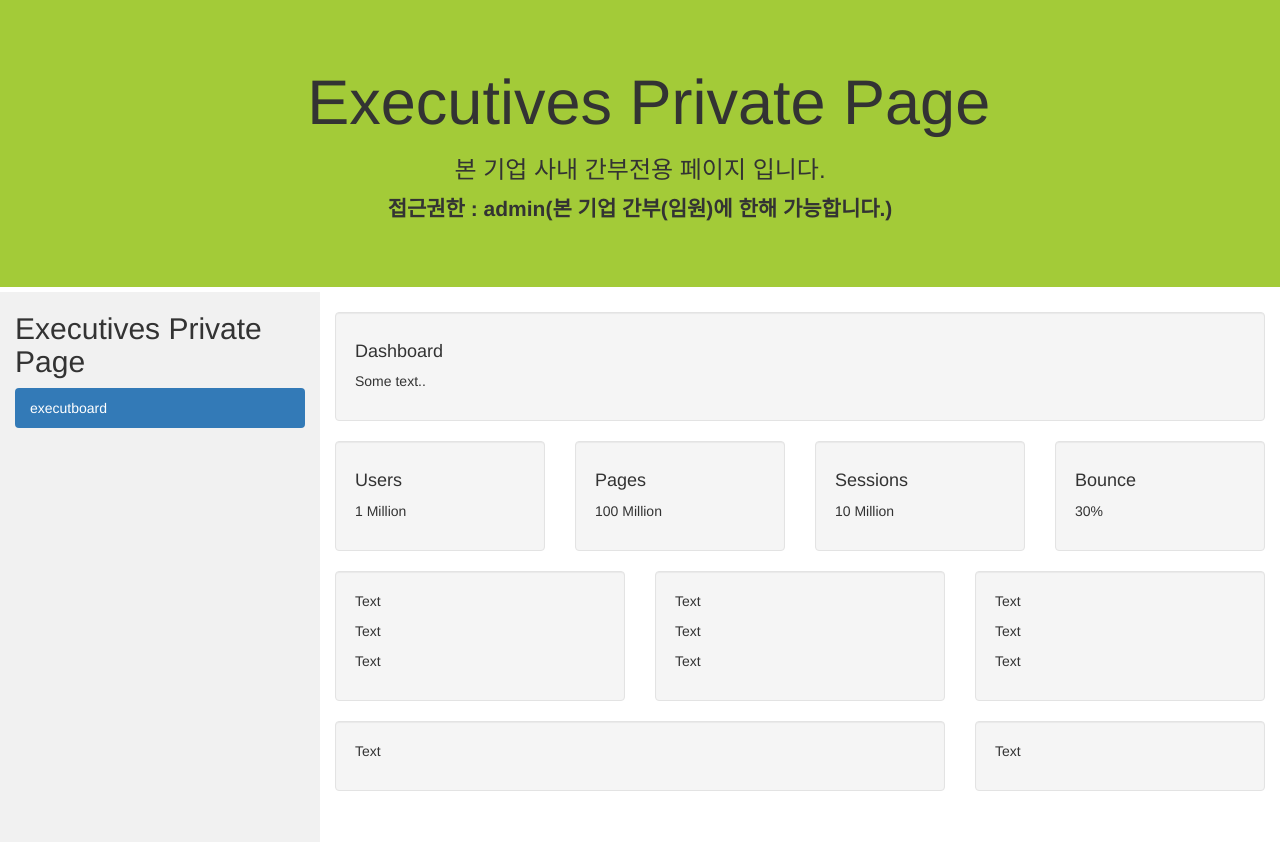
Repository: as2019a/spring
Page: http://localhost/ch19_project_mavenwebsite/WEB-INF/views/executives/maps.jsp
The author's editor kept a copy of each file at every save. The page is drawn from the files as they stood at one save, then again after the next save.
The browser window is 1280 px wide. The pictures show the whole page.
Some icons come from a web library that is not loaded, so they are not drawn. Some web libraries are served in a nearby version. The page is served by Tomcat 9. Nobody is signed in. The template is opened directly, without the code that normally fills it, so the values that code supplies are empty.

Above is the page before, as saved 2019-01-29 08:54:39.

After the next save:
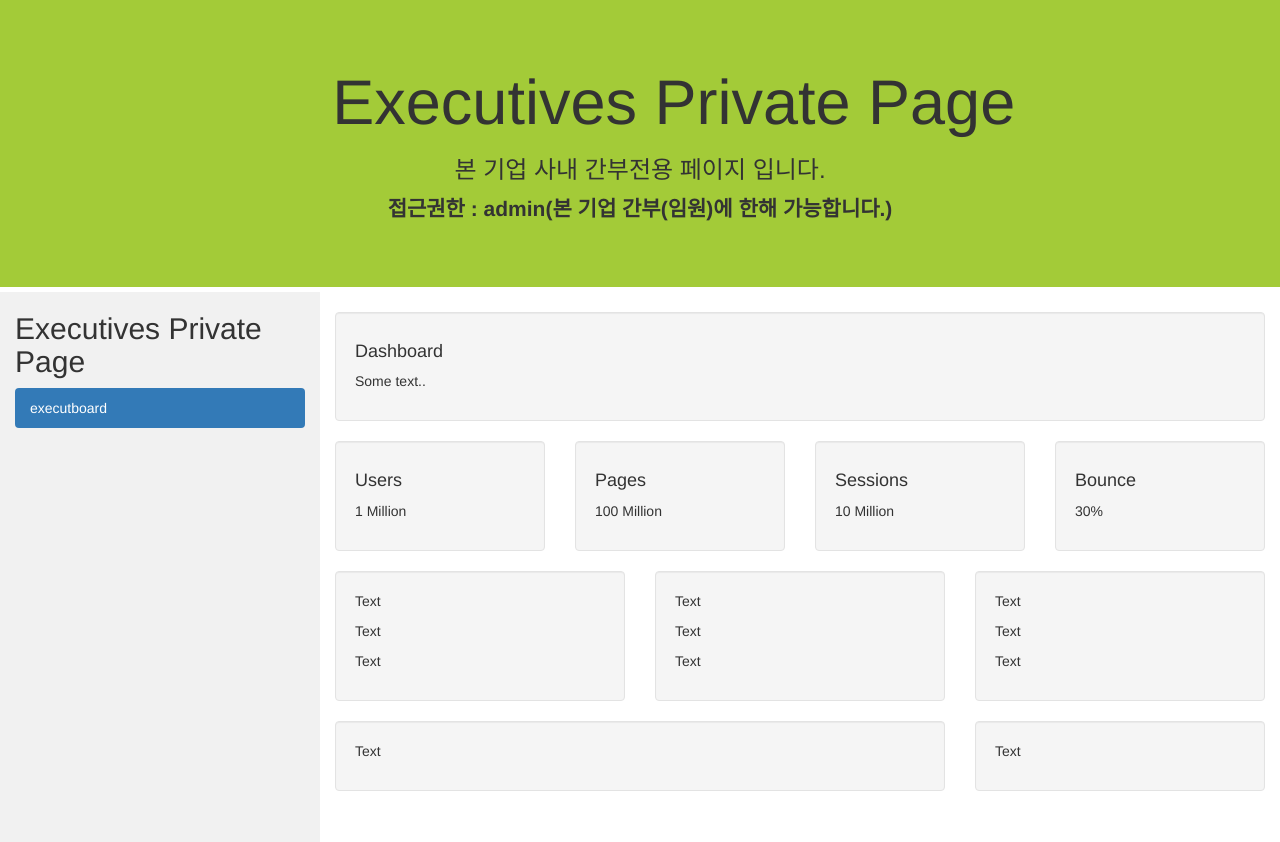
Saved 22 s later.
--- a/ch19_project_mavenwebsite/src/main/webapp/WEB-INF/views/executives/maps.jsp
+++ b/ch19_project_mavenwebsite/src/main/webapp/WEB-INF/views/executives/maps.jsp
@@ -9,6 +9,7 @@
  	  content="width=device-width, initial-scale=1">
 <title>Executives Web Page</title>
 <link href="https://maxcdn.bootstrapcdn.com/bootstrap/3.3.2/css/bootstrap.min.css" rel="stylesheet">
+<link rel="stylesheet" href="https://cdnjs.cloudflare.com/ajax/libs/font-awesome/4.7.0/css/font-awesome.min.css">
 <link rel="stylesheet" href="https://use.fontawesome.com/releases/v5.5.0/css/all.css">
 <style>
 	.jumbotron{
